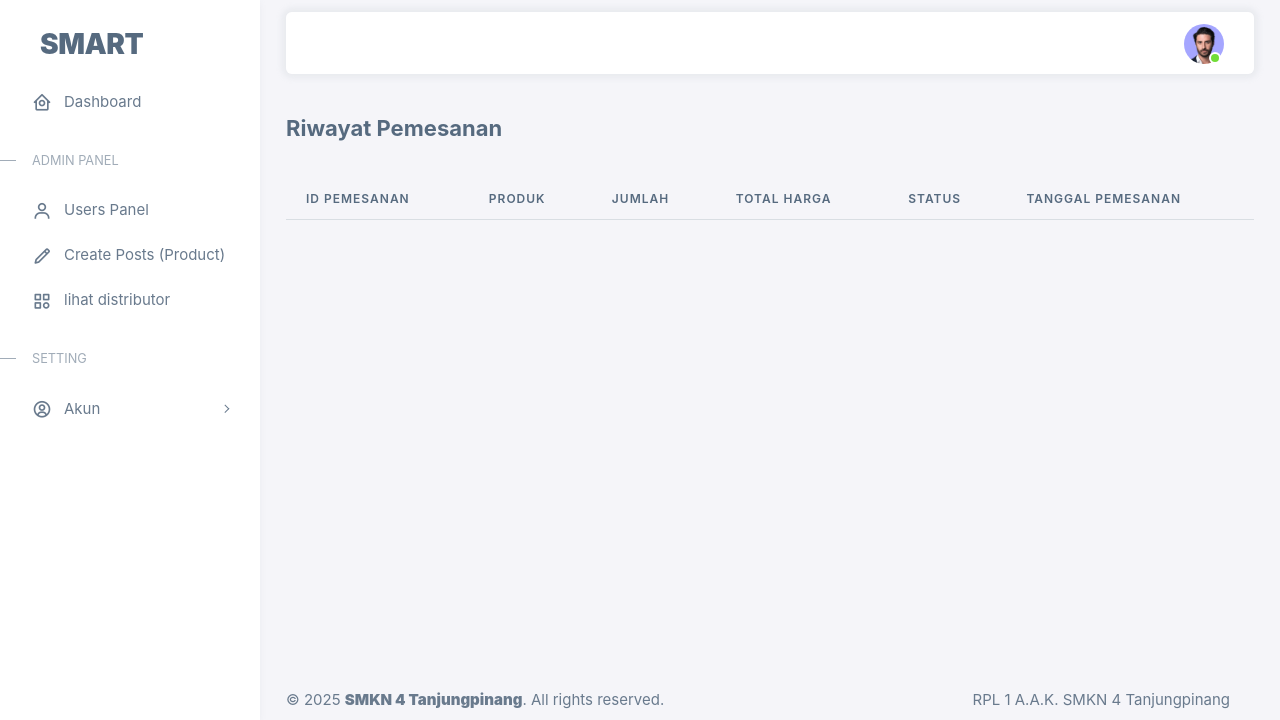
Repository: athalantis/SMart
Page: http://localhost/pemesanan.php
These files come from the project's save history. The page is drawn as it stood at one moment and after the next save; the edit follows.
The browser window is 1280 px wide. The pictures show the whole page.
Some web fonts or font styles are not loaded; a fallback is used. The page is run by PHP 8.4 with error messages shown; the project is at /var/www/html/. The session is filled in as if someone had signed in: {"username": "testuser", "name": "Test User", "role": "admin", "user_id": 1}. Other server files are loaded and not shown. Queries for data that is not in the repository find no rows.

Above is the page before, as saved 2025-03-28 13:47:06.

### pemesanan.php
<?php
session_start();
include 'config.php';
include '.includes/header.php';

// Pastikan pengguna sudah login
if (!isset($_SESSION['user_id'])) {
    header("Location: login.php"); // Redirect jika belum login
    exit();
}

$user_id = $_SESSION['user_id'];

// Ambil data pemesanan berdasarkan user_id
$query = "SELECT p.pemesanan_id, pr.nama_produk, p.jumlah, p.total_harga, p.status, p.created_at
          FROM pemesanan p
          JOIN produk pr ON p.produk_id = pr.produk_id
          WHERE p.user_id = ?
          ORDER BY p.created_at DESC";
$stmt = $conn->prepare($query);
$stmt->bind_param("i", $user_id);
$stmt->execute();
$result = $stmt->get_result();
?>

<div class="container-xxl flex-grow-1 container-p-y">
    <h4 class="fw-bold py-3 mb-4">Riwayat Pemesanan</h4>

    <table class="table table-striped">
        <thead>
            <tr>
                <th>ID Pemesanan</th>
                <th>Produk</th>
                <th>Jumlah</th>
                <th>Total Harga</th>
                <th>Status</th>
                <th>Tanggal Pemesanan</th>
            </tr>
        </thead>
        <tbody>
            <?php while ($row = $result->fetch_assoc()) { ?>
                <tr>
                    <td><?php echo htmlspecialchars($row['pemesanan_id']); ?></td>
                    <td><?php echo htmlspecialchars($row['nama_produk']); ?></td>
                    <td><?php echo intval($row['jumlah']); ?></td>
                    <td>Rp. <?php echo number_format($row['total_harga'], 0, ',', '.'); ?></td>
                    <td><?php echo htmlspecialchars($row['status']); ?></td>
                    <td><?php echo htmlspecialchars($row['created_at']); ?></td>
                </tr>
            <?php } ?>
        </tbody>
    </table>
</div>

<?php include '.includes/footer.php'; ?>

### config.php
<?php

$host = "localhost";
$username = "root";
$password = "";
$database = "smart";

$conn = mysqli_connect($host, $username, $password, $database);

if ($conn->connect_error) {
    die("database gagal terkoneksi: " . $conn->connect_error);
}

?>

### .includes/header.php
<?php
// Memasukkan file konfigurasi database
include 'config.php';
// Memasukkan file init session
include "init_session.php";
?>

<!DOCTYPE html>
<html lang="en">
  <head>
    <meta charset="utf-8" />
    <meta name="viewport" content="width=device-width,
    initial-scale=1.0, user-scalable=no, minimum-scale=1.0, maximum-scale=1.0"
    />

    <title>Dashboard &mdash; SMart Market</title>
    <!-- Favicon -->
    <link rel="icon" type="image/x-icon" href="assets/img/favicon/favicon.ico" />
    <!-- Fonts -->
    <link href="https://fonts.googleapis.com/css2?family=Public+Sans:ital,wght@0,300;0,400;0,500;0,600;0,700;1,300;1,400;1,500;1,600;1,700&display=swap" rel="stylesheet" />
    <link rel="stylesheet" href="assets/vendor/fonts/boxicons.css" />

    <!-- Core CSS -->
    <link rel="stylesheet" href="assets/vendor/css/core.css" class="template-customizer-core-css" />
    <link rel="stylesheet" href="assets/vendor/css/theme-default.css" class="template-customizer-theme-css" />
    <link rel="stylesheet" href="assets/css/styles.css" />

    <!-- Vendors CSS -->
    <link rel="stylesheet" href="assets/vendor/css/dataTables.bootstrap5.min.css">
    <link rel="stylesheet" href="assets/vendor/libs/perfect-scrollbar/perfect-scrollbar.css" />
    <!-- Page CSS -->
    <!-- Summernote CSS and JS -->
    <link rel="stylesheet" href="assets/vendor/css/summernote.min.css">
    <!-- Helpers -->
    <script src="assets/vendor/js/helpers.js"></script>
    <!--! Template customizer & Theme config files MUST be included after core stylesheets and helpers.js in the <head> section -->
    <!--? Config:  Mandatory theme config file contain global vars & default theme options, Set your preferred theme option in this file.  -->
    <script src="assets/js/config.js"></script>
  </head>
  <body>
    <!-- Layout wrapper -->
    <div class="layout-wrapper layout-content-navbar">
      <div class="layout-container">
        <?php include "sidemenu.php"; ?>
        <!-- Layout container -->
        <div class="layout-page">
          <?php include "navbar.php"; ?>
          <!-- Content wrapper -->
          <div class="content-wrapper">
            <!-- Content -->

### .includes/init_session.php
<?php
// Pastikan hanya memulai sesi jika belum dimulai
if (session_status() === PHP_SESSION_NONE) {
    session_start();
}

// Cek apakah session sudah diset sebelum mengaksesnya
$userId = $_SESSION["user_id"] ?? null;
$name = $_SESSION["name"] ?? null;
$role = $_SESSION["role"] ?? null;

// Notifikasi hanya ditampilkan sekali, lalu dihapus
if (!empty($_SESSION['notification'])) {
    $notification = $_SESSION['notification'];
    unset($_SESSION['notification']);
} else {
    $notification = null;
}

// Perbaikan logika pengecekan login
if (!$userId || !$role) {
    $_SESSION['notification'] = [
        'type' => 'danger',
        'message' => 'Silakan login terlebih dahulu!'
    ];
    header('Location: ./auth/login.php');
    exit();
}

### .includes/sidemenu.php
<?php
// Mulai output buffering agar tidak ada output sebelum header()
ob_start();

// Mulai session jika belum dimulai
if (session_status() === PHP_SESSION_NONE) {
    session_start();
}

// Pastikan role pengguna ada di session
include "init_session.php"; // Pastikan tidak ada output dalam file ini
$role = $_SESSION['role'] ?? 'user'; // Default role jika tidak ada
?>

<!-- Menu -->
<aside id="layout-menu" class="layout-menu menu-vertical menu bg-menu-theme">
    <div class="app-brand demo">
      <a href="<?= ($role === 'admin') ? 'dashmind.php' : 'dashboard.php'; ?>" class="app-brand-link">
        <span class="app-brand-text demo menu-text fw-bolder ms-2 text-uppercase">SMart</span>
      </a>
      <a href="javascript:void(0);" class="layout-menu-toggle menu-link text-large ms-auto d-block d-xl-none">
        <i class="bx bx-chevron-left bx-sm align-middle"></i>
      </a>
    </div>
    <div class="menu-inner-shadow"></div>

    <ul class="menu-inner py-1">
        <!-- Dashboard -->
        <li class="menu-item">
          <a href="<?= ($role === 'admin') ? 'dashmind.php' : 'dashboard.php'; ?>" class="menu-link">
            <i class="menu-icon tf-icons bx bx-home-circle"></i>
            <div data-i18n="Analytics">Dashboard</div>
          </a>
        </li>

        <?php if ($role !== 'admin') : ?>
        <li class="menu-header small text-uppercase"><span class="menu-header-text">Main</span></li>

        <li class="menu-item">
            <a href="javascript:void(0);" class="menu-link menu-toggle">
              <i class="menu-icon tf-icons bx bx-receipt"></i>
              <div data-i18n="Posts">Pemesanan</div>
            </a>
            <ul class="menu-sub">
              <li class="menu-item">
                <a href="pemesanan.php" class="menu-link">
                  <div data-i18n="Input groups">Riwayat pemesanan</div>
                </a>
              </li>
            </ul>
        </li>

        <li class="menu-item">
            <a href="javascript:void(0);" class="menu-link menu-toggle">
              <i class="menu-icon tf-icons bx bx-cart-alt"></i>
              <div data-i18n="Posts">Produk</div>
            </a>
            <ul class="menu-sub">
              <li class="menu-item">
                <a href="posts.php" class="menu-link">
                  <div data-i18n="Basic Inputs">Checkout</div>
                </a>
              </li>
              <li class="menu-item">
                <a href="kategori.php" class="menu-link">
                  <div data-i18n="Input groups">Kategori</div>
                </a>
              </li>
              <li class="menu-item">
                <a href="kategori.php" class="menu-link">
                  <div data-i18n="Input groups">Mall</div>
                </a>
              </li>
            </ul>
        </li>
        <?php endif; ?>

        <?php if ($role === 'admin') : ?>
        <li class="menu-header small text-uppercase"><span class="menu-header-text">Admin Panel</span></li>

        <li class="menu-item">
            <a href="users.php" class="menu-link">
              <i class="menu-icon tf-icons bx bx-user"></i>
              <div data-i18n="Users Panel">Users Panel</div>
            </a>
        </li>

        <li class="menu-item">
            <a href="products.php" class="menu-link">
              <i class="menu-icon tf-icons bx bx-pencil"></i>
              <div data-i18n="Create Post">Create Posts (Product)</div>
            </a>
        </li>

        <li class="menu-item">
            <a href="distributor.php" class="menu-link">
              <i class="menu-icon tf-icons bx bx-category"></i>
              <div data-i18n="Create Category">lihat distributor</div>
            </a>
        </li>
        <?php endif; ?>

        <!-- Setting -->
        <li class="menu-header small text-uppercase"><span class="menu-header-text">Setting</span></li>
        <li class="menu-item">
            <a href="javascript:void(0);" class="menu-link menu-toggle">
              <i class="menu-icon tf-icons bx bx-user-circle"></i>
              <div data-i18n="Posts">Akun</div>
            </a>
            <ul class="menu-sub">
              <li class="menu-item">
                <a href="kategori.php" class="menu-link">
                  <div data-i18n="Input groups">Pengaturan akun</div>
                </a>
              </li>
              <li class="menu-item">
                <a href="logout.php" class="menu-link">
                  <div data-i18n="Input groups">Logout</div>
                </a>
              </li>
            </ul>
        </li>
    </ul>
</aside>
<!-- / Menu -->

<?php
// Akhiri output buffering
ob_end_flush();
?>

### .includes/navbar.php
<!-- Navbar -->
<nav class="layout-navbar container-xxl navbar navbar-expand-xl
navbar-detached align-items-center bg-navbar-theme" id="layout-navbar">
  <div class="layout-menu-toggle navbar-nav align-items-xl-center me-3 me-xl-0 d-xl-none">
    <a class="nav-item nav-link px-0 me-xl-4" href="javascript:void(0)">
      <i class="bx bx-menu bx-sm"></i>
    </a>
  </div>
  <div class="navbar-nav-right d-flex align-items-center" id="navbar-collapse">
    <ul class="navbar-nav flex-row align-items-center ms-auto">
      <!-- User -->
      <li class="nav-item navbar-dropdown dropdown-user dropdown">
        <a class="nav-link dropdown-toggle hide-arrow" href="javascript:void(0);" data-bs-toggle="dropdown">
          <div class="avatar avatar-online">
            <img src="assets/img/avatars/1.png" alt class="w-px-40 h-auto rounded-circle" />
          </div>
        </a>
        <ul class="dropdown-menu dropdown-menu-end">
          <li>
            <a class="dropdown-item" href="#">
              <div class="d-flex">
                <div class="flex-shrink-0 me-3">
                  <div class="avatar avatar-online">
                    <img src="assets/img/avatars/1.png" alt class="w-px-40 h-auto rounded-circle" />
                  </div>
                </div>
                <div class="flex-grow-1">
                  <span class="fw-semibold d-block"><?php echo $name; ?></span>
                  <small class="text-muted"><?php echo $role; ?></small>
                </div>
              </div>
            </a>
          </li>
          <li>
            <div class="dropdown-divider"></div>
          </li>
          <li>
            <a class="dropdown-item" href="auth/logout.php">
              <i class="bx bx-power-off me-2"></i>
              <span class="align-middle">Log Out</span>
            </a>
          </li>
        </ul>
      </li>
      <!--/ User -->
    </ul>
  </div>
</nav>
<!-- / Navbar -->

### .includes/footer.php
            <!-- Footer -->
            <footer class="content-footer footer bg-footer-theme">
              <div class="container-xxl d-flex flex-wrap justify-content-between py-2 flex-md-row flex-column">
                <div class="mb-2 mb-md-0">
                  ©
                  <script>
                    document.write(new Date().getFullYear());
                  </script>
                  <a href="#" target="_blank" class="footer-link fw-bolder">SMKN 4 Tanjungpinang</a>.
                  All rights reserved.
                </div>
                <div>
                  <a href="#" target="_blank" class="footer-link me-4">RPL 1 A.A.K. SMKN 4 Tanjungpinang</a>
                </div>
              </div>
            </footer>
            <!-- / Footer -->
            <div class="content-backdrop fade"></div>
          </div>
          <!-- Content wrapper -->
        </div>
        <!-- / Layout page -->
      </div>
      <!-- Overlay -->
      <div class="layout-overlay layout-menu-toggle"></div>
    </div>
    <!-- / Layout wrapper -->

    <!-- Core JS -->
    <!-- build:js assets/vendor/js/core.js -->
    <script src="assets/vendor/libs/jquery/jquery.js"></script>
    <script src="assets/vendor/js/bootstrap.bundle.min.js"></script>
    <script src="assets/vendor/libs/perfect-scrollbar/perfect-scrollbar.js"></script>
    <script src="assets/vendor/js/menu.js"></script>
    <!-- endbuild -->
    <!-- Main JS -->
    <script src="assets/js/main.js"></script>
    <!-- Datatables JS -->
    <script src="assets/vendor/libs/datatables/jquery.dataTables.min.js"></script>
    <script src="assets/vendor/libs/datatables/dataTables.bootstrap5.min.js"></script>
    <script src="assets/vendor/libs/datatables/datatables.js"></script>
    <!-- Summernote JS -->
    <script src="assets/vendor/libs/summernote/summernote.min.js" defer></script>
    <script src="assets/vendor/libs/summernote/summernote.js" defer></script>
    <!-- Active State JS -->
    <script src="assets/js/active-state-nav.js"></script>
</body>
</html>

### assets/css/styles.css
/*
* demo.css
* File include item demo only specific css only
******************************************************************************/

.menu .app-brand.demo {
  height: 64px;
  margin-top: 12px;
}

.app-brand-logo.demo svg {
  width: 22px;
  height: 38px;
}

.app-brand-text.demo {
  font-size: 1.75rem;
  letter-spacing: -0.5px;
  text-transform: lowercase;
}

/* ! For .layout-navbar-fixed added fix padding top tpo .layout-page */
/* Detached navbar */
.layout-navbar-fixed .layout-wrapper:not(.layout-horizontal):not(.layout-without-menu) .layout-page {
  padding-top: 76px !important;
}
/* Default navbar */
.layout-navbar-fixed .layout-wrapper:not(.layout-without-menu) .layout-page {
  padding-top: 64px !important;
}

/* Navbar page z-index issue solution */
.content-wrapper .navbar {
  z-index: auto;
}

/*
* Content
******************************************************************************/

.demo-blocks > * {
  display: block !important;
}

.demo-inline-spacing > * {
  margin: 1rem 0.375rem 0 0 !important;
}

/* ? .demo-vertical-spacing class is used to have vertical margins between elements. To remove margin-top from the first-child, use .demo-only-element class with .demo-vertical-spacing class. For example, we have used this class in forms-input-groups.html file. */
.demo-vertical-spacing > * {
  margin-top: 1rem !important;
  margin-bottom: 0 !important;
}
.demo-vertical-spacing.demo-only-element > :first-child {
  margin-top: 0 !important;
}

.demo-vertical-spacing-lg > * {
  margin-top: 1.875rem !important;
  margin-bottom: 0 !important;
}
.demo-vertical-spacing-lg.demo-only-element > :first-child {
  margin-top: 0 !important;
}

.demo-vertical-spacing-xl > * {
  margin-top: 5rem !important;
  margin-bottom: 0 !important;
}
.demo-vertical-spacing-xl.demo-only-element > :first-child {
  margin-top: 0 !important;
}

.rtl-only {
  display: none !important;
  text-align: left !important;
  direction: ltr !important;
}

[dir='rtl'] .rtl-only {
  display: block !important;
}

/*
* Layout demo
******************************************************************************/

.layout-demo-wrapper {
  display: -webkit-box;
  display: -ms-flexbox;
  display: flex;
  -webkit-box-align: center;
  -ms-flex-align: center;
  align-items: center;
  -webkit-box-orient: vertical;
  -webkit-box-direction: normal;
  -ms-flex-direction: column;
  flex-direction: column;
  margin-top: 1rem;
}
.layout-demo-placeholder img {
  width: 900px;
}
.layout-demo-info {
  text-align: center;
  margin-top: 1rem;
}

### assets/js/config.js
/**
 * Config
 * -------------------------------------------------------------------------------------
 * ! IMPORTANT: Make sure you clear the browser local storage In order to see the config changes in the template.
 * ! To clear local storage: (https://www.leadshook.com/help/how-to-clear-local-storage-in-google-chrome-browser/).
 */

'use strict';

// JS global variables
let config = {
  colors: {
    primary: '#696cff',
    secondary: '#8592a3',
    success: '#71dd37',
    info: '#03c3ec',
    warning: '#ffab00',
    danger: '#ff3e1d',
    dark: '#233446',
    black: '#000',
    white: '#fff',
    body: '#f4f5fb',
    headingColor: '#566a7f',
    axisColor: '#a1acb8',
    borderColor: '#eceef1'
  }
};

### assets/js/active-state-nav.js
    // Get the current page URL
    var currentUrl = window.location.href;
    // Iterate through each menu item and check if the href matches the current URL
    document.querySelectorAll('.menu-item').forEach(function(item) {
      var link = item.querySelector('a');
      if (link && link.href === currentUrl) {
        item.classList.add('active');
      }
    });

Loaded but not shown: assets/js/main.js (118 lines, source omitted)

After the next save:
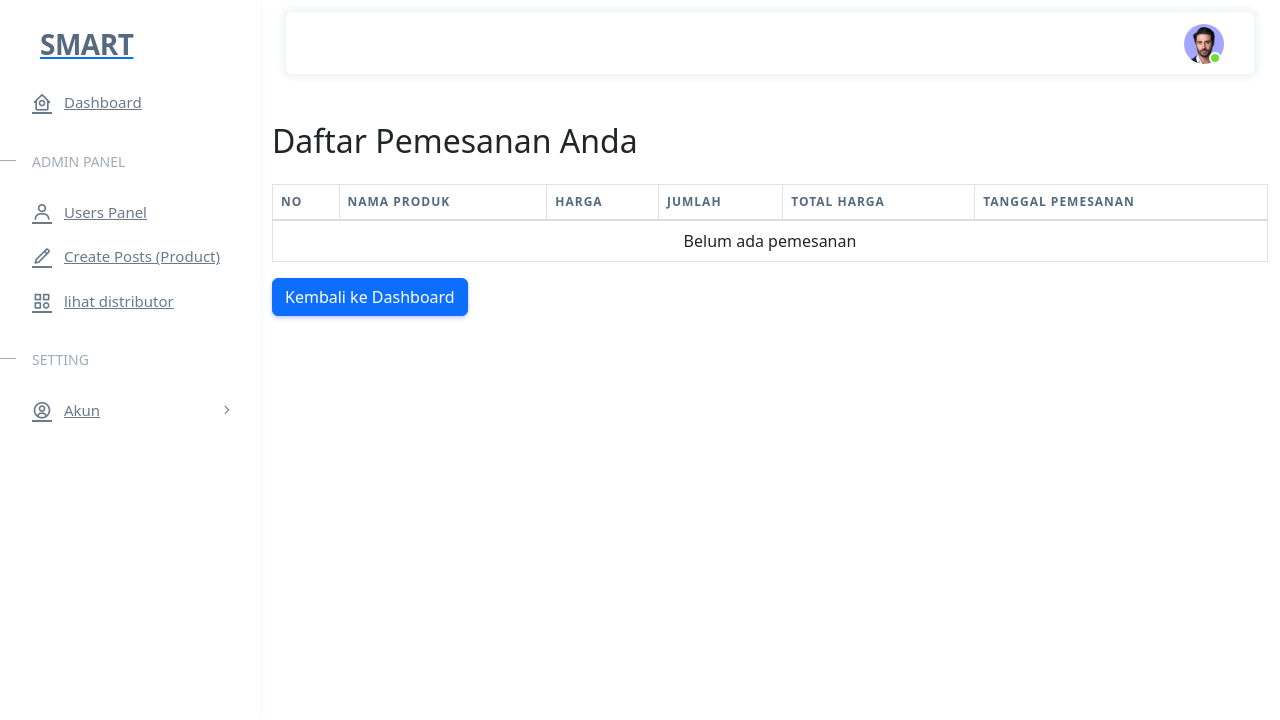
Saved 20 s later.
--- a/pemesanan.php
+++ b/pemesanan.php
@@ -11,45 +11,71 @@ if (!isset($_SESSION['user_id'])) {
 
 $user_id = $_SESSION['user_id'];
 
-// Ambil data pemesanan berdasarkan user_id
-$query = "SELECT p.pemesanan_id, pr.nama_produk, p.jumlah, p.total_harga, p.status, p.created_at
-          FROM pemesanan p
-          JOIN produk pr ON p.produk_id = pr.produk_id
-          WHERE p.user_id = ?
-          ORDER BY p.created_at DESC";
+// Query untuk mendapatkan daftar pemesanan berdasarkan user_id
+$query = "
+    SELECT p.pemesanan_id, p.tanggal_pemesanan, p.jumlah_pemesanan,
+           pr.nama_produk, pr.harga, (p.jumlah_pemesanan * pr.harga) AS total_harga
+    FROM pemesanan p
+    INNER JOIN produk pr ON p.produk_id = pr.produk_id
+    WHERE p.user_id = ?
+    ORDER BY p.tanggal_pemesanan DESC
+";
+
 $stmt = $conn->prepare($query);
 $stmt->bind_param("i", $user_id);
 $stmt->execute();
 $result = $stmt->get_result();
 ?>
 
-<div class="container-xxl flex-grow-1 container-p-y">
-    <h4 class="fw-bold py-3 mb-4">Riwayat Pemesanan</h4>
+<!DOCTYPE html>
+<html lang="id">
+<head>
+    <meta charset="UTF-8">
+    <meta name="viewport" content="width=device-width, initial-scale=1.0">
+    <title>Daftar Pemesanan</title>
+    <link rel="stylesheet" href="https://cdn.jsdelivr.net/npm/bootstrap@5.3.0/dist/css/bootstrap.min.css">
+</head>
+<body>
+    <div class="container mt-5">
+        <h2 class="mb-4">Daftar Pemesanan Anda</h2>
+        <table class="table table-bordered">
+            <thead>
+                <tr>
+                    <th>No</th>
+                    <th>Nama Produk</th>
+                    <th>Harga</th>
+                    <th>Jumlah</th>
+                    <th>Total Harga</th>
+                    <th>Tanggal Pemesanan</th>
+                </tr>
+            </thead>
+            <tbody>
+                <?php
+                if ($result->num_rows > 0) {
+                    $no = 1;
+                    while ($row = $result->fetch_assoc()) {
+                        echo "<tr>";
+                        echo "<td>{$no}</td>";
+                        echo "<td>{$row['nama_produk']}</td>";
+                        echo "<td>Rp " . number_format($row['harga'], 0, ',', '.') . "</td>";
+                        echo "<td>{$row['jumlah_pemesanan']}</td>";
+                        echo "<td>Rp " . number_format($row['total_harga'], 0, ',', '.') . "</td>";
+                        echo "<td>{$row['tanggal_pemesanan']}</td>";
+                        echo "</tr>";
+                        $no++;
+                    }
+                } else {
+                    echo "<tr><td colspan='6' class='text-center'>Belum ada pemesanan</td></tr>";
+                }
+                ?>
+            </tbody>
+        </table>
+        <a href="dashboard.php" class="btn btn-primary">Kembali ke Dashboard</a>
+    </div>
+</body>
+</html>
 
-    <table class="table table-striped">
-        <thead>
-            <tr>
-                <th>ID Pemesanan</th>
-                <th>Produk</th>
-                <th>Jumlah</th>
-                <th>Total Harga</th>
-                <th>Status</th>
-                <th>Tanggal Pemesanan</th>
-            </tr>
-        </thead>
-        <tbody>
-            <?php while ($row = $result->fetch_assoc()) { ?>
-                <tr>
-                    <td><?php echo htmlspecialchars($row['pemesanan_id']); ?></td>
-                    <td><?php echo htmlspecialchars($row['nama_produk']); ?></td>
-                    <td><?php echo intval($row['jumlah']); ?></td>
-                    <td>Rp. <?php echo number_format($row['total_harga'], 0, ',', '.'); ?></td>
-                    <td><?php echo htmlspecialchars($row['status']); ?></td>
-                    <td><?php echo htmlspecialchars($row['created_at']); ?></td>
-                </tr>
-            <?php } ?>
-        </tbody>
-    </table>
-</div>
-
-<?php include '.includes/footer.php'; ?>
+<?php
+$stmt->close();
+$conn->close();
+?>
